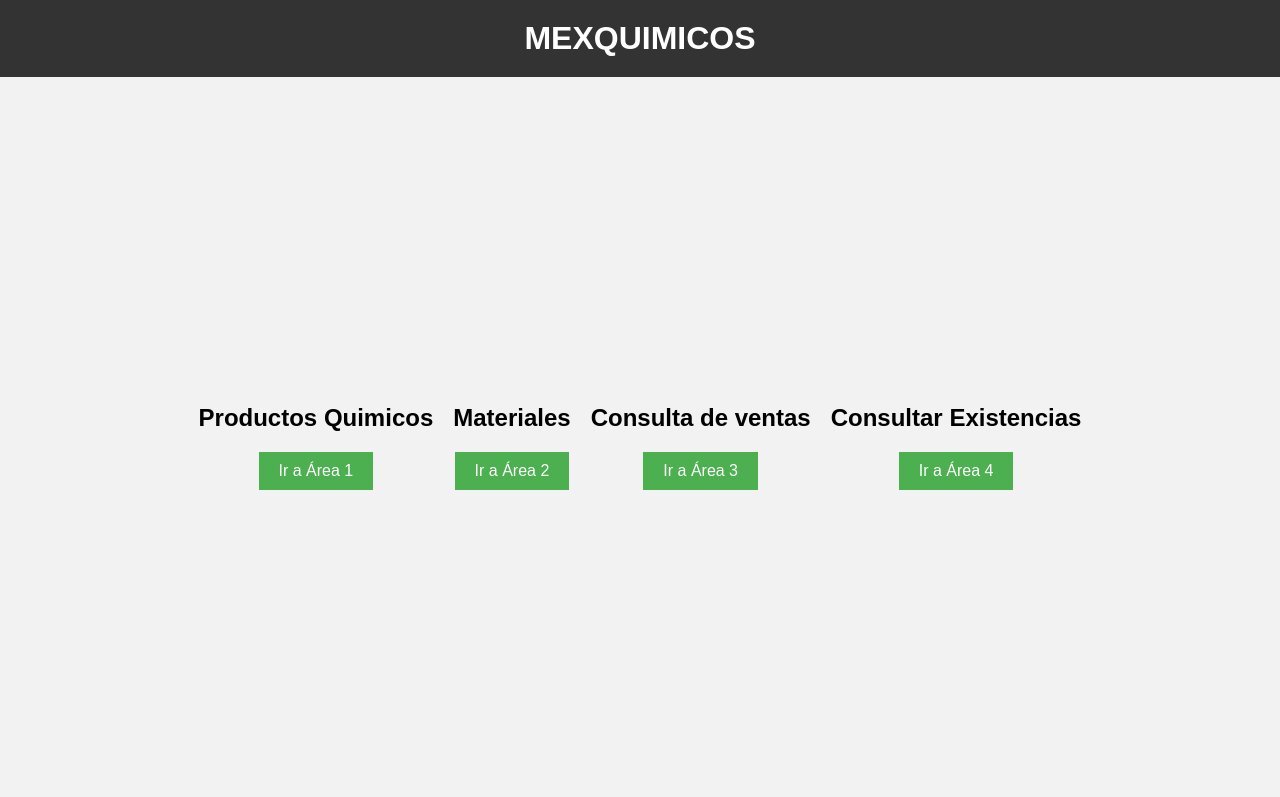
Repository: iDiv3r/MexiQuimicosIsay
Page: Inicio.html
An editor plug-in stored every save of this project. The page is shown before and after the next save, followed by the edit.
The browser window is 1280 px wide. The pictures show the whole page.

Above is the page before, as saved 2023-11-26 17:14:23.

### Inicio.html
<!DOCTYPE html>
<html>
<head>
  <title>Página de Inicio</title>
  <link rel="stylesheet" href="css/Inicio.css">
</head>
<body>
  <h1>MEXQUIMICOS</h1>
  <div id="contenedor">
  <div class="Btn1">
    <h2>Productos Quimicos</h2>
    <button onclick="location.href='/ruta/area1.html'">Ir a Área 1</button>
  </div>

  <div class="Btn2">
    <h2>Materiales</h2>
    <button onclick="location.href='/ruta/area2.html'">Ir a Área 2</button>
  </div>

  <div class="Btn3">
    <h2>Consulta de ventas</h2>
    <button onclick="location.href='/ruta/area3.html'">Ir a Área 3</button>
  </div>

  <div class="Btn4">
    <h2>Consultar Existencias</h2>
    <button onclick="location.href='/ruta/area4.html'">Ir a Área 4</button>
  </div>
</div>
</body>
</html>

### css/Inicio.css

body {
  margin: 0;
  padding: 0;
  font-family: Arial, sans-serif;
  background-color: #f2f2f2;
}

h1 {
  text-align: center;
  padding: 20px;
  background-color: #333;
  color: #fff;
  margin: 0;
}

#contenedor {
  display: flex;
  justify-content: center;
  align-items: center;
  height: 100vh;
}

.Btn1,
.Btn2,
.Btn3,
.Btn4 {
  text-align: center;
  margin: 10px;
}

button {
  padding: 10px 20px;
  font-size: 16px;
  background-color: #4caf50;
  color: #fff;
  border: none;
  cursor: pointer;
}

button:hover {
  background-color: #45a049;
}

After the next save:
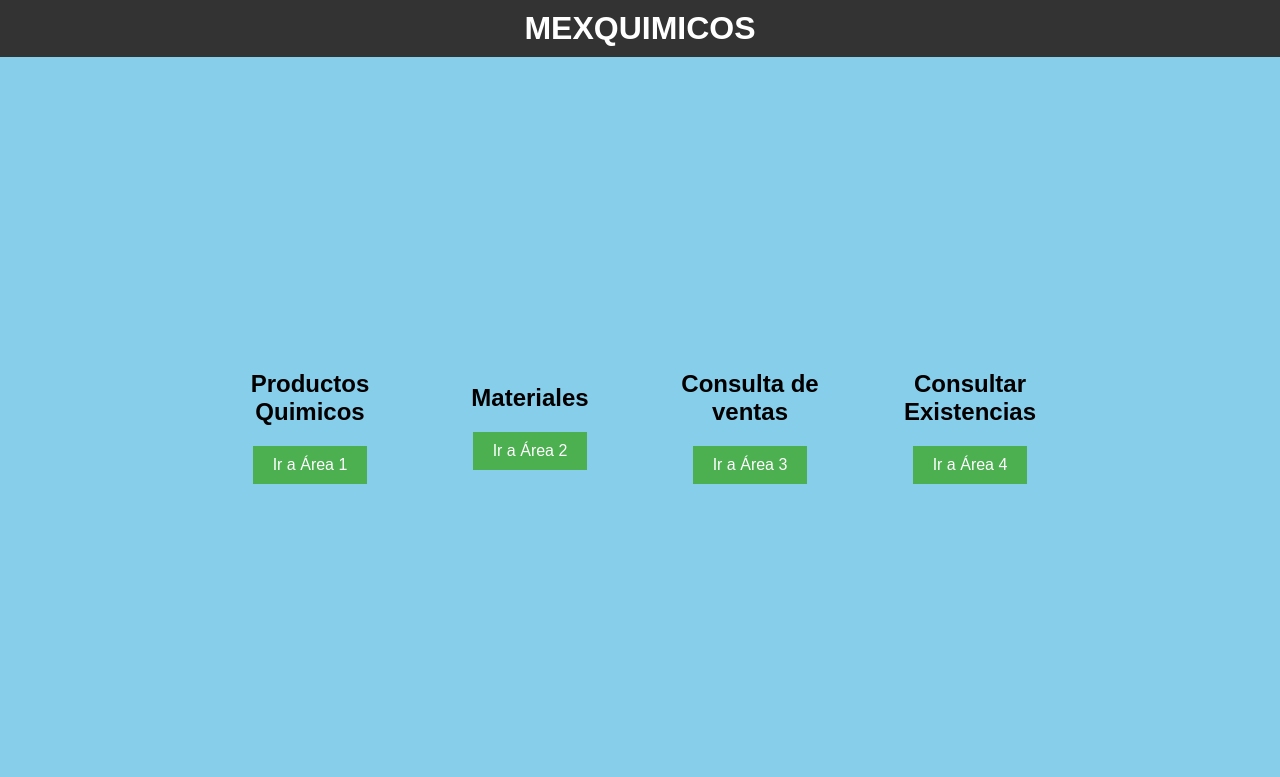
Saved 92 s later.
--- a/css/Inicio.css
+++ b/css/Inicio.css
@@ -1,14 +1,13 @@
-
 body {
   margin: 0;
   padding: 0;
   font-family: Arial, sans-serif;
-  background-color: #f2f2f2;
+  background-color: #87CEEB; /* Cambiado a un color azul claro */
 }
 
 h1 {
   text-align: center;
-  padding: 20px;
+  padding: 10px; /* Reducido el padding para centrar más */
   background-color: #333;
   color: #fff;
   margin: 0;
@@ -16,17 +15,24 @@ h1 {
 
 #contenedor {
   display: flex;
+  flex-wrap: wrap;
   justify-content: center;
   align-items: center;
   height: 100vh;
 }
 
 .Btn1,
-.Btn2,
+.Btn2 {
+  text-align: center;
+  margin: 10px;
+  width: 200px; /* Ajustado el ancho para formar un cuadro */
+}
+
 .Btn3,
 .Btn4 {
   text-align: center;
   margin: 10px;
+  width: 200px; /* Ajustado el ancho para formar un cuadro */
 }
 
 button {
